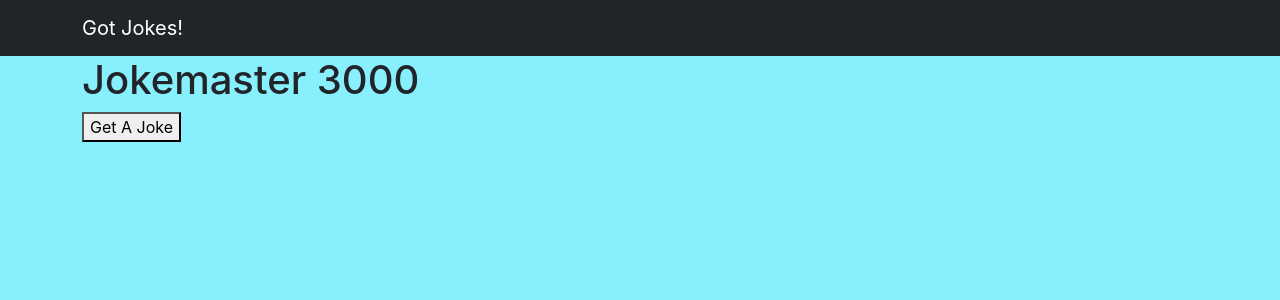
Repository: jontslater/LAB-joke-generator-react
Page: /
These files come from the project's save history. The page is drawn as it stood at one moment and after the next save; the edit follows.
The browser window is 1280 px wide. The pictures show the whole page.
The project was rebuilt for these pictures with package versions that can differ from the ones it lists, and the page was loaded fresh each time. The framework's server and built-in components were replaced by stand-ins that run in the browser. Also part of the build but not shown: next.config.js.

Above is the page before, as saved 2024-01-12 19:09:18.

### pages/_app.js
/* eslint-disable react/prop-types */
import 'bootstrap/dist/css/bootstrap.min.css';
import '../styles/globals.css';
import NavBar from '../components/NavBar';

function MyApp({ Component, pageProps }) {
  return (
    <>
      <NavBar />
      <div className="container">
        <Component {...pageProps} />
      </div>
    </>
  );
}

export default MyApp;

### pages/index.js
import React from 'react';
import Jokes from '../components/Jokes';
import getJoke from '../api/jokeData';

function Home() {
  const counters = ([
    { getJoke },
  ]);
  return (
    <>
      <Jokes jokies={counters} />

    </>
  );
}

export default Home;

### components/NavBar.js
/* eslint-disable jsx-a11y/anchor-is-valid */
import React from 'react';
import Link from 'next/link';
import {
  Navbar, Container, Nav,
} from 'react-bootstrap';

export default function NavBar() {
  return (
    <Navbar collapseOnSelect expand="lg" bg="dark" variant="dark">
      <Container>
        <Link passHref href="/">
          <Navbar.Brand>Got Jokes!</Navbar.Brand>
        </Link>
        <Navbar.Toggle aria-controls="responsive-navbar-nav" />
        <Navbar.Collapse id="responsive-navbar-nav">
          <Nav className="me-auto">
            {/* CLOSE NAVBAR ON LINK SELECTION: https://stackoverflow.com/questions/72813635/collapse-on-select-react-bootstrap-navbar-with-nextjs-not-working */}
            {/* <Link passHref href="/">
              <Nav.Link>Home</Nav.Link>
            </Link> */}
          </Nav>
        </Navbar.Collapse>
      </Container>
    </Navbar>
  );
}

### components/Jokes.js
import { useState } from 'react';

function Jokes() {
  const [jokes, setJokes] = useState([0]);
  const [active, setActive] = useState('FirstCard');

  function getJokes() {
    fetch('https://v2.jokeapi.dev/joke/Programming?safe-mode&type=twopart')
      .then((response) => response.json())
      .then((data) => {
        setJokes(data);
      });
  }

  return (
    <>
      <h1>Jokemaster 3000</h1>
      <nav>
        {active === 'FirstCard' && (
          <button
            type="button"
            title="1"
            onClick={() => {
              setActive('SecondCard');
              getJokes(jokes[0]);
            }}
          >Get A Joke
          </button>
        )}
        <h1>{jokes.setup}</h1>
        {active === 'SecondCard' && (
        <button
          type="button"
          title="2"
          onClick={() => {
            setActive('ThirdCard');
            getJokes(jokes[1]);
          }}
        >Get Punchline
        </button>
        )}
        <h1>{jokes.delivery}</h1>
        {active === 'ThirdCard' && (
        <button
          type="button"
          title="3"
          onClick={() => setActive('FirstCard')}
        >Get Another Jokes
        </button>
        )}
      </nav>
    </>
  );
}

export default Jokes;

### api/jokeData.js
import axios from 'axios';

const endpoint = 'https://v2.jokeapi.dev/joke/Programming?safe-mode&type=twopart';

const getJoke = async () => {
  const jokeCall = await axios.get(endpoint);
  return jokeCall.data;
};
export default getJoke;

Loaded but not shown: styles/globals.css (common file)

After the next save:
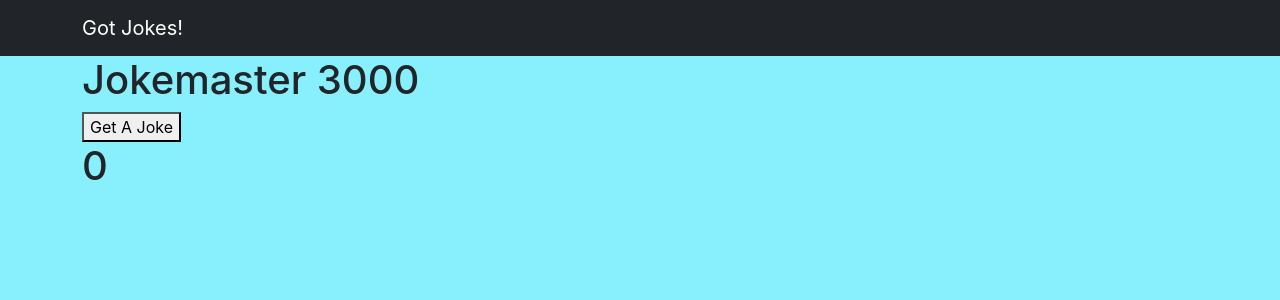
Saved 114 s later.
--- a/components/Jokes.js
+++ b/components/Jokes.js
@@ -27,7 +27,7 @@ function Jokes() {
           >Get A Joke
           </button>
         )}
-        <h1>{jokes.setup}</h1>
+        <h1>{jokes[0]}</h1>
         {active === 'SecondCard' && (
         <button
           type="button"

After the 2 saves that followed:
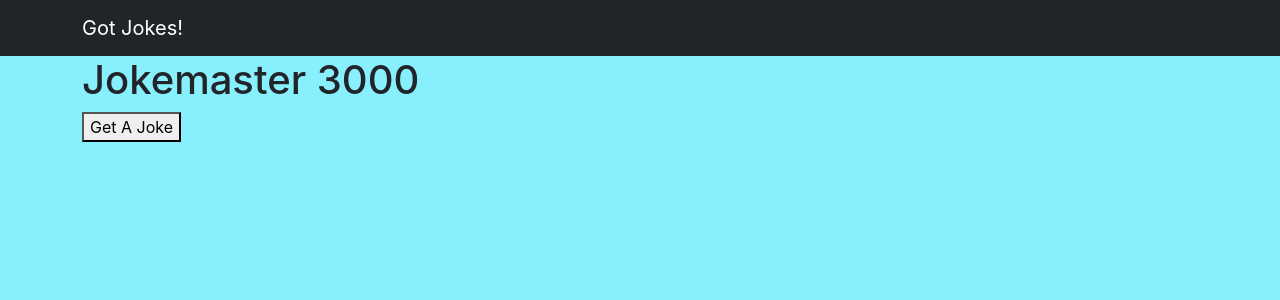
The 2 saves are shown as one change because 1 did not build or start.
The last was saved 28 s later.
--- a/components/Jokes.js
+++ b/components/Jokes.js
@@ -1,7 +1,7 @@
 import { useState } from 'react';
 
 function Jokes() {
-  const [jokes, setJokes] = useState([0]);
+  const [jokes, setJokes] = useState('');
   const [active, setActive] = useState('FirstCard');
 
   function getJokes() {
